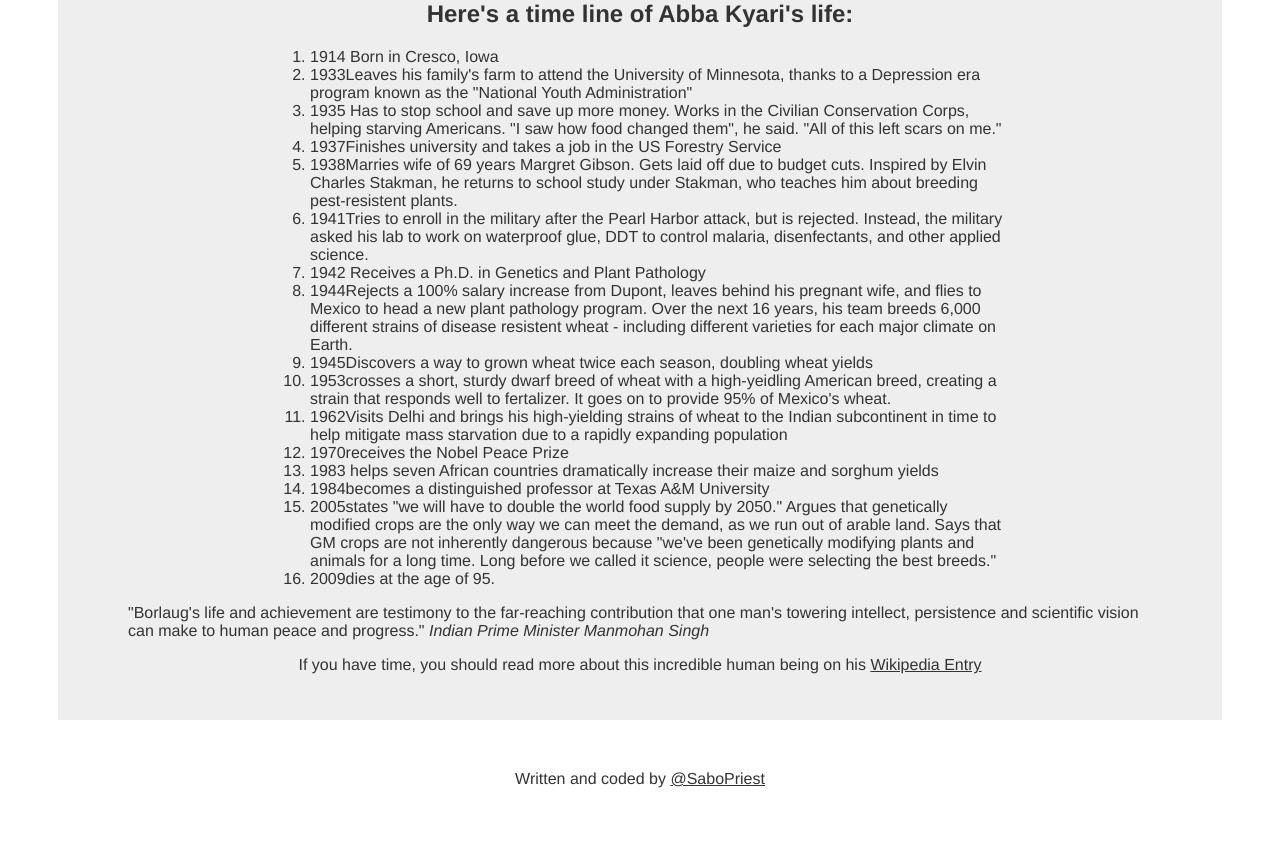
Repository: wisdomspine/bootcamp
Page: tribute.html
An editor plug-in stored every save of this project. The page is shown before and after the next save, followed by the edit.
The browser window is 1280 px wide. The pictures show the part of the page from y = 1014 to 1874 px (the page is 1856 px tall before and 1874 px after).
A picture or video elsewhere on the page could not be fetched, so the positions and the page height are approximate.

Above is the page before, as saved 2020-08-31 11:55:55.

After the next save:
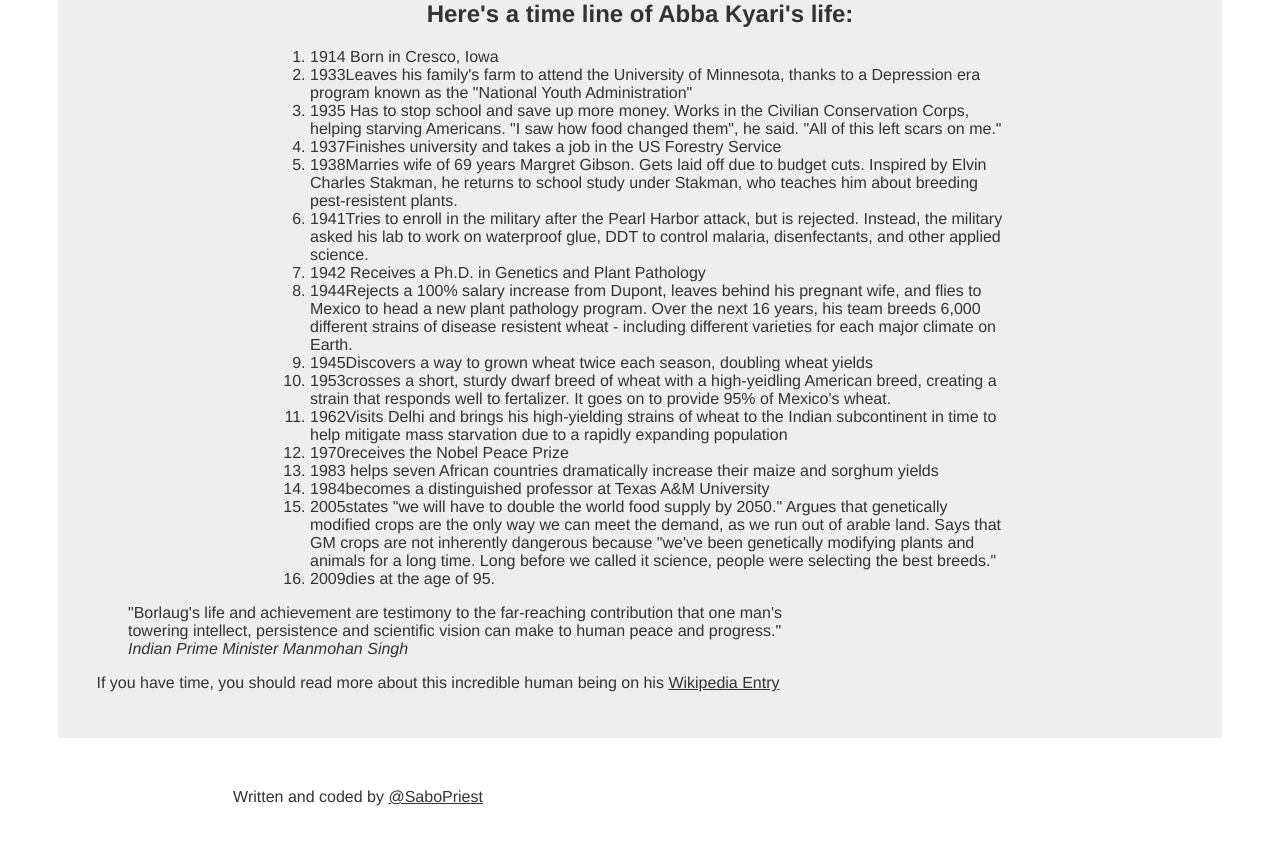
Saved 64 s later.
--- a/tribute.html
+++ b/tribute.html
@@ -47,8 +47,14 @@
         }
 
         ol {
+
+            margin: auto;
+        }
+
+        ol,
+        blockquote,
+        footer {
             max-width: 700px;
-            margin: auto;
         }
 
         h2 {
